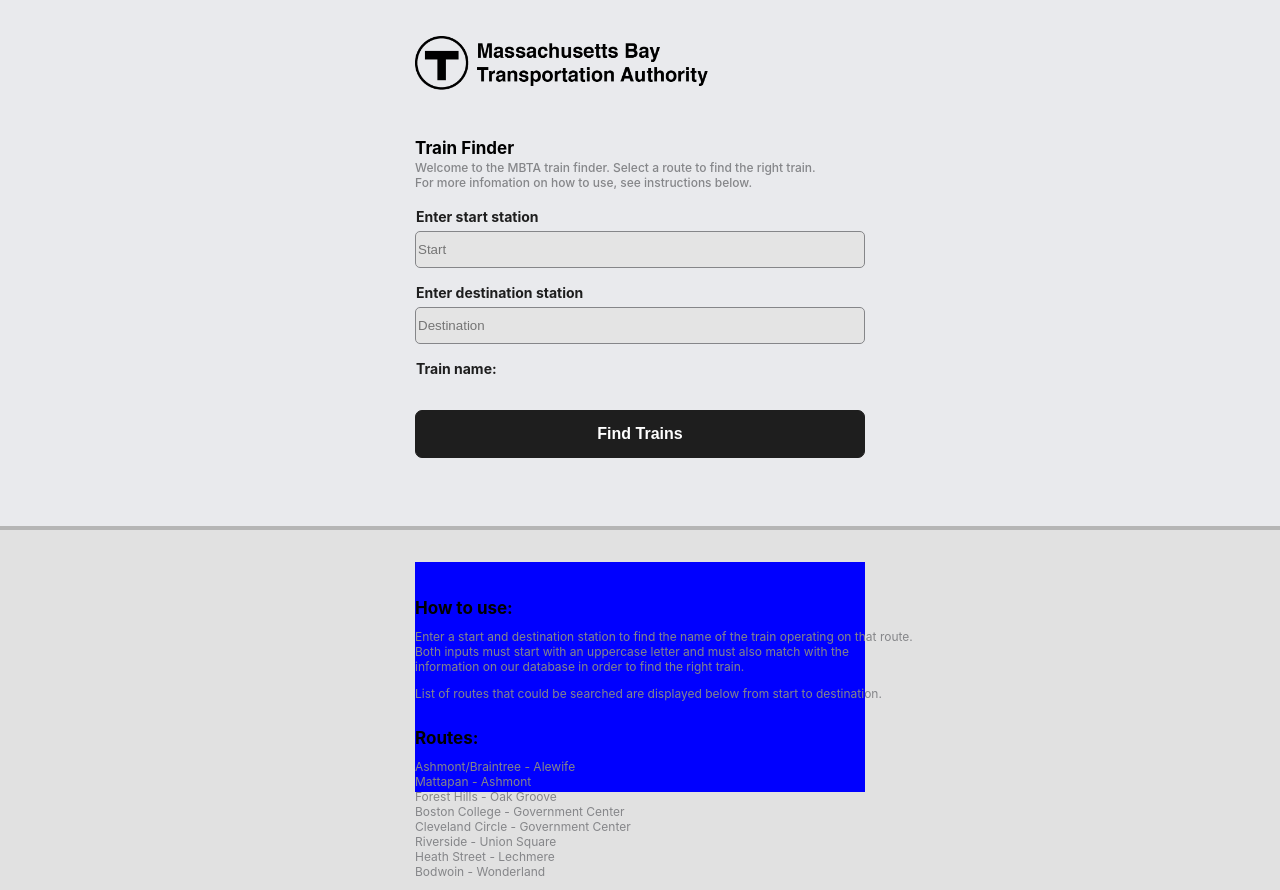
Repository: jumadesigns/mbta-train-finder
Page: / (app in mbta-app/)
The author's editor kept a copy of each file at every save. The page is drawn from the files as they stood at one save, then again after a run of saves.
The browser window is 1280 px wide. The pictures show the whole page.
The page's requests for data from a server got no answer. The project was rebuilt for these pictures with package versions that can differ from the ones it lists, and the page was loaded fresh each time. No one was signed in, and anything a server would have sent is missing.

Above is the page before, as saved 2022-09-26 21:49:02.

After the next 2 saves:
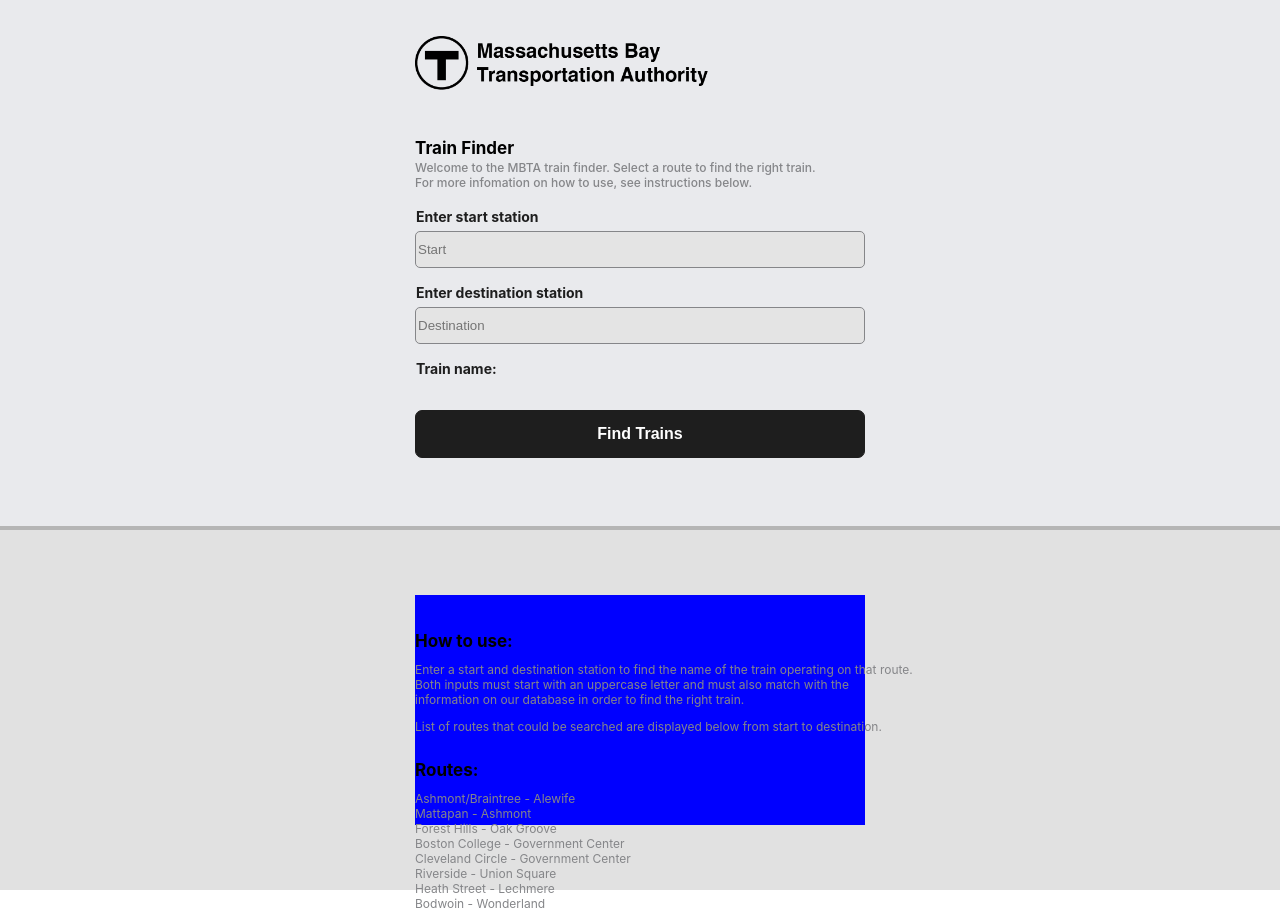
The 2 saves are shown as one change because they came seconds apart.
The last was saved 86 s later.
--- a/mbta-app/src/index.css
+++ b/mbta-app/src/index.css
@@ -129,7 +129,7 @@
 .bottom-center-div {
   height: 230px;
   width: 450px;
-  margin-top: -9vh;
+  margin-top: 0vh;
   background-color: blue;
 }
 
